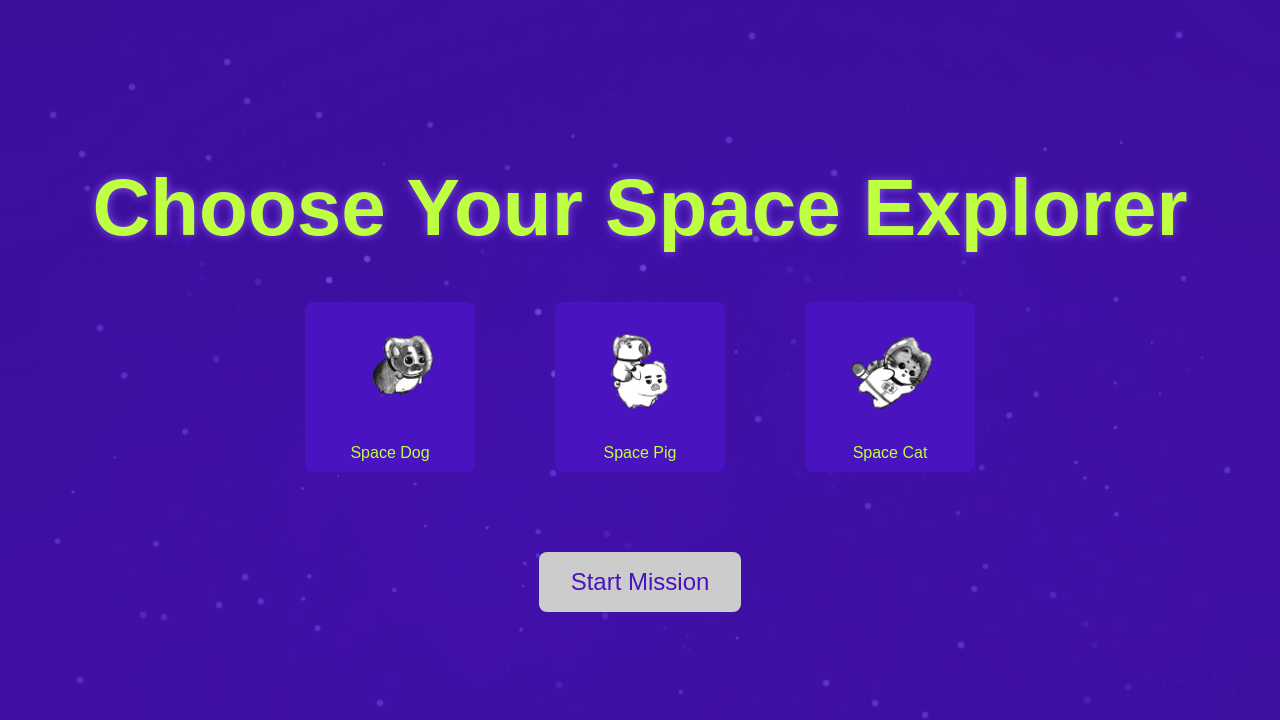
Repository: brunaguarizo/SpaceFarm
Page: index.html
An editor plug-in stored every save of this project. The page is shown before and after the next save, followed by the edit.
The browser window is 1280 px wide. The pictures show the whole page.
Some web fonts or font styles are not loaded; a fallback is used.

Above is the page before, as saved 2025-04-24 15:34:08.

After the next save:
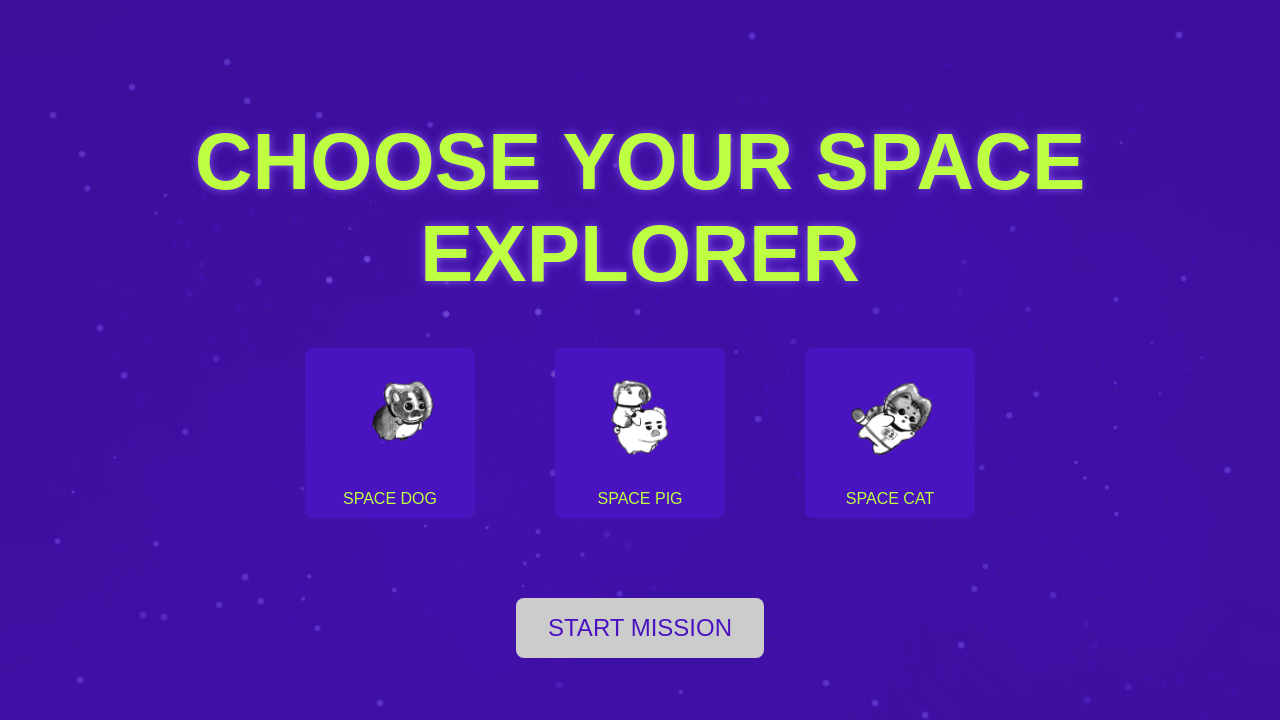
Saved 63 s later.
--- a/styles.css
+++ b/styles.css
@@ -39,6 +39,7 @@ body {
     margin-bottom: var(--space-large);
     text-shadow: 0 0 10px var(--mid-purple);
     text-align: center;
+    text-transform: uppercase;
 }
 
 h2 {
@@ -47,6 +48,7 @@ h2 {
     margin-bottom: var(--space-extra-large);
     text-shadow: 0 0 10px var(--mid-purple);
     text-align: center;
+    text-transform: uppercase;
 }
 
 .character-options {
@@ -97,6 +99,7 @@ h2 {
     color: var(--light-green);
     font-size: 16px;
     text-align: center;
+    text-transform: uppercase;
 }
 
 #confirm-btn {
@@ -109,6 +112,7 @@ h2 {
     font-family: var(--font-family);
     cursor: pointer;
     transition: background-color 0.3s;
+    text-transform: uppercase;
 }
 
 #confirm-btn:hover {
@@ -179,6 +183,7 @@ h2 {
     padding: var(--space-small) var(--space-regular);
     border-radius: var(--space-small);
     border: 2px solid var(--light-green);
+    text-transform: uppercase;
 }
 
 #pause-btn {
@@ -191,6 +196,7 @@ h2 {
     padding: var(--space-small) var(--space-regular);
     cursor: pointer;
     transition: all 0.3s;
+    text-transform: uppercase;
 }
 
 #pause-btn:hover {
